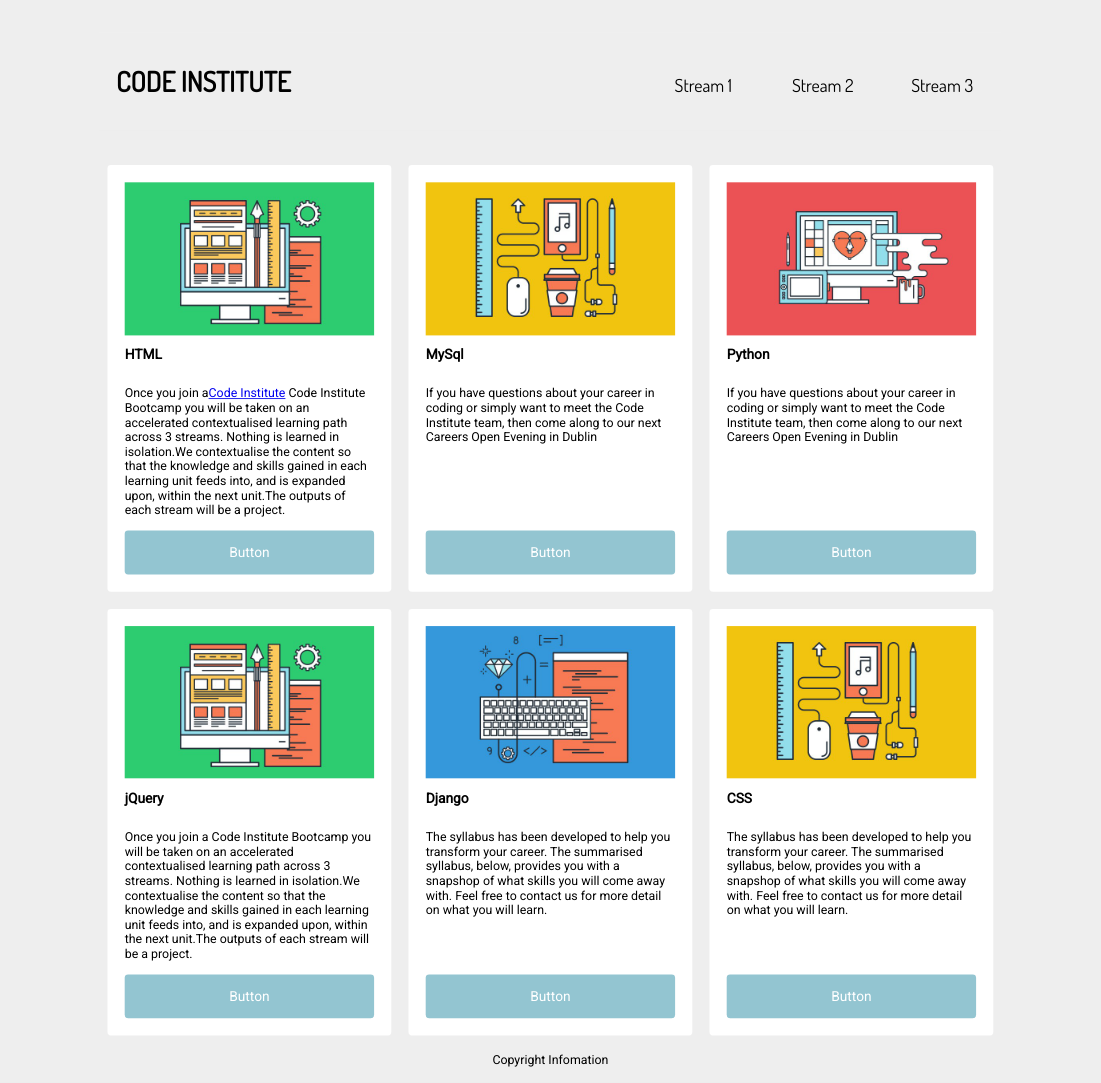
Repository: SOliv1/jquery-downloading-selectors
Page: index.html
The author's editor kept a record of every edit. The page is drawn from the files as they stood at one moment, then again after the next edit.
The browser window is 1280 px wide. The pictures show the whole page, at 86% of full size.
Some web libraries are served in a nearby version.

Above is the page before.

### index.html
<!DOCTYPE html>

<html lang="en">

<head>

	<meta charset="UTF-8">

	<meta name="viewport" content="width=device-width, initial-scale=1">

	<title>jQuery</title>

	<link href="style.css" rel="stylesheet">

	<link href='https://fonts.googleapis.com/css?family=Roboto' rel='stylesheet' type='text/css'>

	<link href='https://fonts.googleapis.com/css?family=Dosis' rel='stylesheet' type='text/css'>

</head>

<body>

	<div id="container">

		<nav>

			<ul>

				<li id="logoNav">CODE INSTITUTE</li>

				<li id="stream1" class="stream-nav">Stream 1</li>

				<li id="stream2" class="stream-nav">Stream 2</li>

				<li id="stream3" class="stream-nav">Stream 3</li>

			</ul>

		</nav>

		<div class="card stream1-card">

			<img class="card_image" src="img/3.png" alt="coding icon">

			<div class="card_bottom">

				<h2 class="card_head">HTML</h2>

				<p class="card_para">Once you join a<a href="#">Code Institute</a> Code Institute Bootcamp you will be taken on an accelerated contextualised learning path across 3 streams. Nothing is learned in isolation.We contextualise the content so that the knowledge and skills gained in each learning unit feeds into, and is expanded upon, within the next unit.The outputs of each stream will be a project. </p>

				<a href="" class="bottom_button">Button</a>

			</div>

		</div>

	<div class="card stream3-card">
			<img class="card_image" src="img/1.png" alt="coding icon">

			<h2 class="card_head">MySql</h2>

			<p class="card_para">If you have questions about your career in coding or simply want to meet the Code Institute team, then come along to our next Careers Open Evening in Dublin</p>

			<a href="" class="bottom_button">Button</a>

		</div>



		<div class="card stream2-card">

			<img class="card_image" src="img/2.png" alt="coding icon">

			<h2 class="card_head">Python</h2>

			<p class="card_para">If you have questions about your career in coding or simply want to meet the Code Institute team, then come along to our next Careers Open Evening in Dublin</p>

			<a href="" class="bottom_button">Button</a>

		</div>

		<div class="card stream1-card">

			<img class="card_image" src="img/3.png" alt="coding icon">

			<div class="card_bottom">

				<h2 class="card_head">jQuery</h2>

				<p class="card_para">Once you join a Code Institute Bootcamp you will be taken on an accelerated contextualised learning path across 3 streams. Nothing is learned in isolation.We contextualise the content so that the knowledge and skills gained in each learning unit feeds into, and is expanded upon, within the next unit.The outputs of each stream will be a project. </p>

				<a href="" class="bottom_button">Button</a>

			</div>

		</div>

		<div class="card stream3-card">

			<img class="card_image" src="img/4.png" alt="coding icon">

			<h2 class="card_head">Django</h2>

			<p class="card_para">The syllabus has been developed to help you transform your career. The summarised syllabus, below, provides you with a snapshop of what skills you will come away with. Feel free to contact us for more detail on what you will learn.</p>

			<a href="" class="bottom_button">Button</a>

		</div>

	<div class="card stream1-card">

			<img class="card_image" src="img/1.png" alt="coding icon">

			<h2 class="card_head">CSS</h2>

			<p class="card_para">The syllabus has been developed to help you transform your career. The summarised syllabus, below, provides you with a snapshop of what skills you will come away with. Feel free to contact us for more detail on what you will learn.</p>

			<a href="" class="bottom_button">Button</a>

		</div>

		<div id="my_footer">

			<p id="copyright">Copyright Infomation</p>

		</div>

	</div>

	<script src="https://code.jquery.com/jquery-3.2.1.js" integrity="sha256-DZAnKJ/6XZ9si04Hgrsxu/8s717jcIzLy3oi35EouyE=" crossorigin="anonymous"></script>

	<script src="script.js"></script> <!-- Scripts located at the bottom of the body to insure page is fully loaded before execution -->

</body>

</html>

### style.css

body{

	font-family: 'Roboto', sans-serif;
 	background-color: #eee;

}



h1{

	font-size: 3em;
	text-align: center;

}

h2{

	font-size: 1em;
	text-align: left;

}

p{

	font-size: .9rem;

}



div{

	border-radius: 4px;

}



.card_image{

	width: 100%;

}



.bottom_button{

	display: flex;
	box-sizing: border-box;
	border-radius: 4px;
	display: block;
	width: 100%;
	background-color: rgba(129, 187, 201,.85);
	text-align: center;
	padding: 1em .75em;
	text-decoration: none;
	color: #fff;

}



.card_bottom{

	display: flex;
	flex-flow: column;

}



.card_head{
	flex: 0;

}



.card_para{

	flex: 1 0 auto;

}



#container{

	display: flex;
	flex-flow: row wrap;
	box-sizing: border-box;
	margin-right: auto;
	margin-left: auto;
	max-width: 1050px;

}



#logo{

	width: 800px;
	margin: auto;

}



.card{

	flex: 1;

	display: flex;

	flex-flow: column;

	min-width: 240px;

	margin: 10px;

	padding: 20px;

	background-color: #fff;

}



#my_footer{

	width: 100%;

	text-align: center;

}

#copyright{
	margin-top: 10px;
	margin-bottom: 10px;


}


/*************************

Navigation

**************************/



nav{

	font-family: roboto;
	background-color: #eee;
	margin: 30px auto;
	width: 100%;

}


ul{
	display: flex;
	justify-content: space-between;
	flex-flow: row;
	align-items: baseline;
	border-radius: 10px;
	list-style-type: none; /*Remove Bullets*/
	padding: 0;

}

li{
	flex: 1;
	height: 30px;
	font-family: Dosis;
	padding: 20px 20px 20px 20px;
	text-align: center;
	font-size: 1.3em;

}

#logoNav{
	flex: 6;
	text-align: left;
	font-size: 2em;
	font-weight: bold;

}

.underline{

	text-decoration: underline;

}

.border{
	border: solid 5px #ccc;

}

.stream-nav{
	cursor: pointer;

}

.card-highlight{
	background-color: rgb(235, 82, 85);

}

/*for desktop navigation*/

@media screen and (max-width: 700px){

	ul{
		flex-flow: column;
		align-items:center;
	}

	li{

		font-size: 2em;
	}

}

### script.js

$(document).ready(function() {

    $("#stream1_btn").on("click", function() {

        $(".stream1").removeClass('highlight_stream');

        $(".stream2").removeClass('highlight_stream');

        $(".stream3").removeClass('highlight_stream');

        $(".stream1").addClass('highlight_stream');

   });

   $("#stream2_btn").on("click", function() {

        $(".stream1").removeClass('highlight_stream');

        $(".stream2").removeClass('highlight_stream');

        $(".stream3").removeClass('highlight_stream');

        $(".stream2").addClass('highlight_stream');

   });

   $("#stream3_btn").on("click", function() {

        $(".stream1").removeClass('highlight_stream');

        $(".stream2").removeClass('highlight_stream');

        $(".stream3").removeClass('highlight_stream');

        $(".stream3").addClass('highlight_stream');

   });

});

After the next edit:
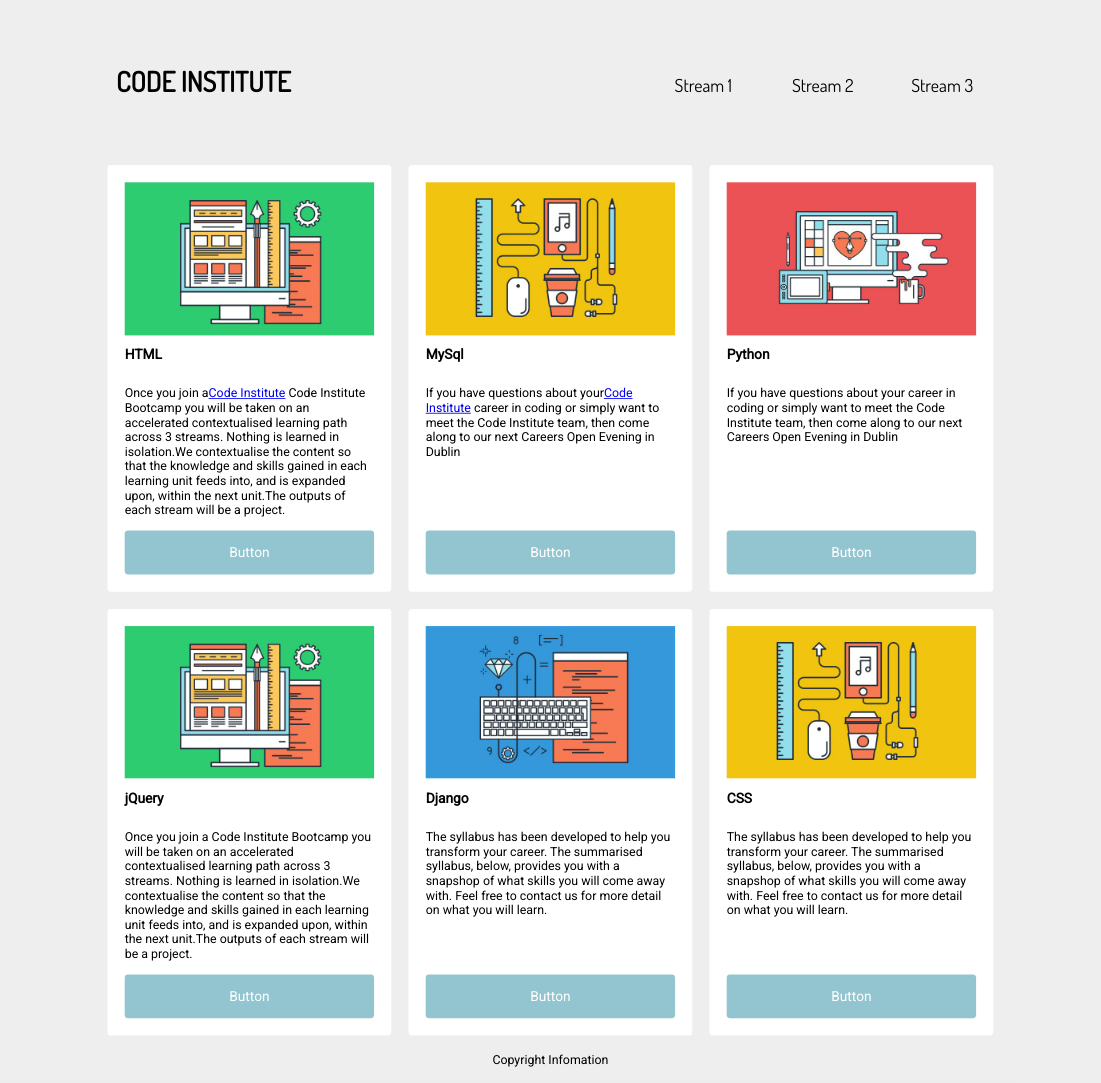
The edit:
--- a/index.html
+++ b/index.html
@@ -59,7 +59,7 @@
 
 			<h2 class="card_head">MySql</h2>
 
-			<p class="card_para">If you have questions about your career in coding or simply want to meet the Code Institute team, then come along to our next Careers Open Evening in Dublin</p>
+			<p class="card_para">If you have questions about your<a href="#">Code Institute</a> career in coding or simply want to meet the Code Institute team, then come along to our next Careers Open Evening in Dublin</p>
 
 			<a href="" class="bottom_button">Button</a>
 
